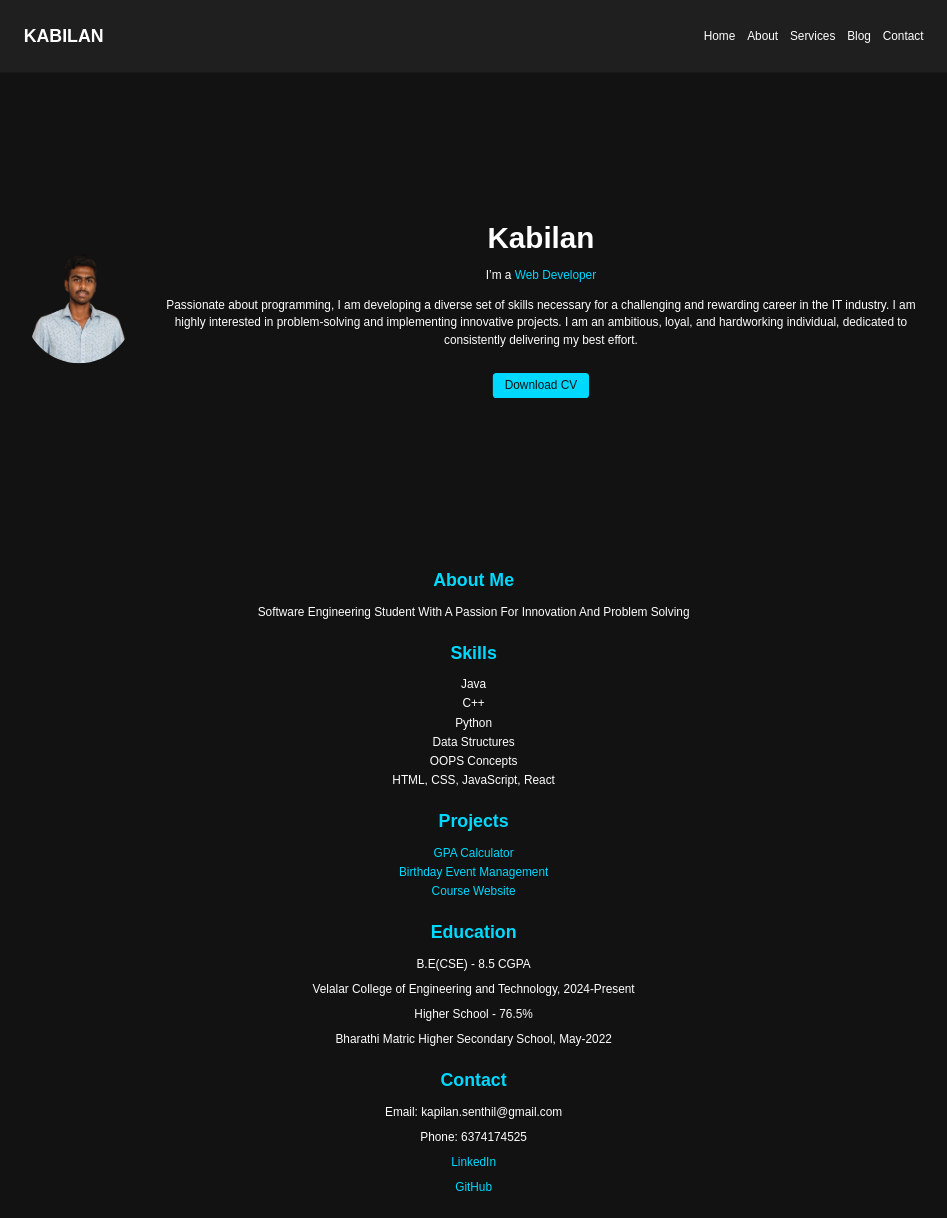
Repository: KabilanCoding/Kabilan_Portfolio
Page: /
These files come from the project's save history. The page is drawn as it stood at one moment and after the next save; the edit follows.
The browser window is 1280 px wide. The pictures show the whole page, at 74% of full size.
The project was rebuilt for these pictures with package versions that can differ from the ones it lists, and the page was loaded fresh each time.

Above is the page before, as saved 2024-07-23 20:06:53.

After the next save:
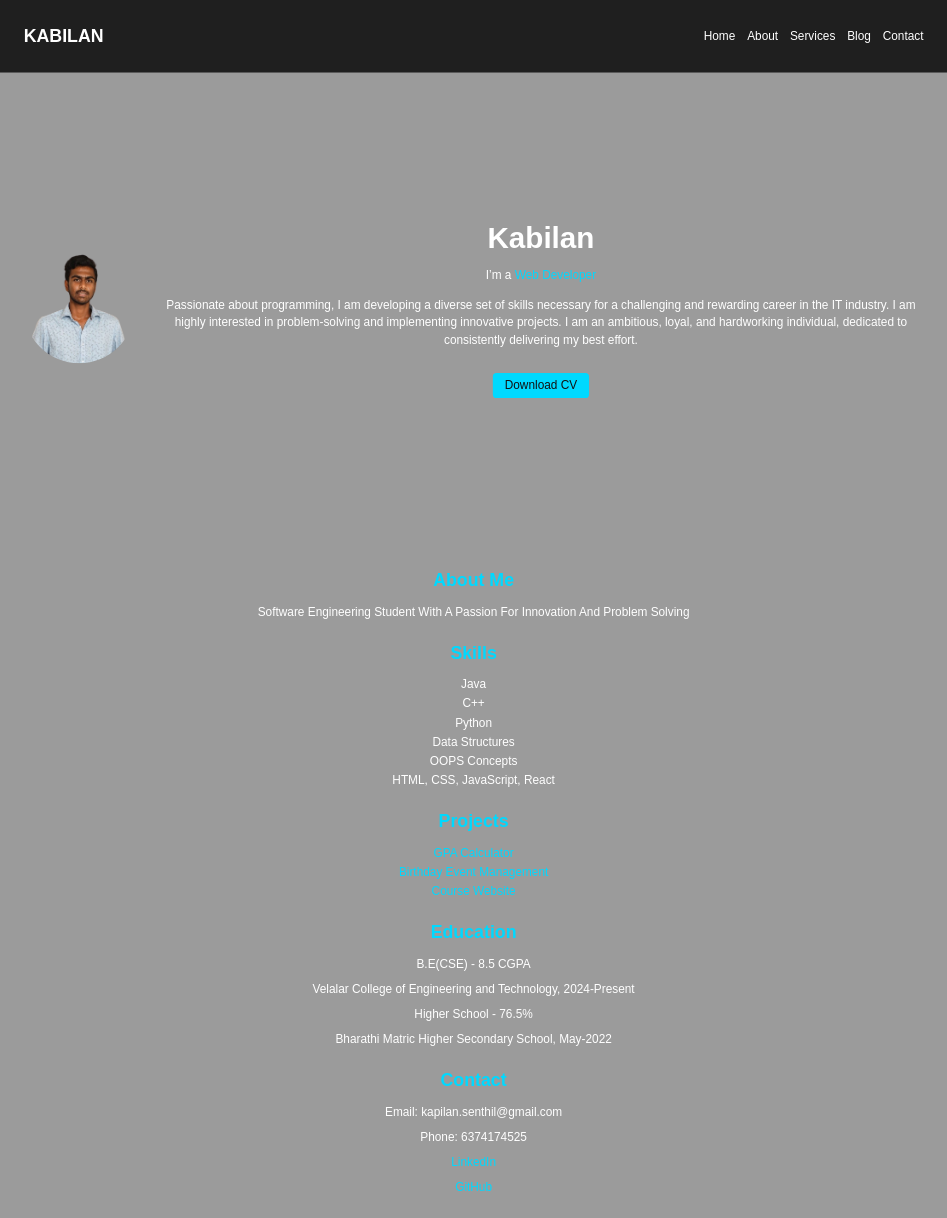
Saved 3 min 58 s later.
--- a/src/components/Home.css
+++ b/src/components/Home.css
@@ -1,7 +1,7 @@
 body {
     margin: 0;
     font-family: Arial, sans-serif;
-    background-color: #121212;
+    background-color: #9b9b9b;
     color: #ffffff;
 }
 
